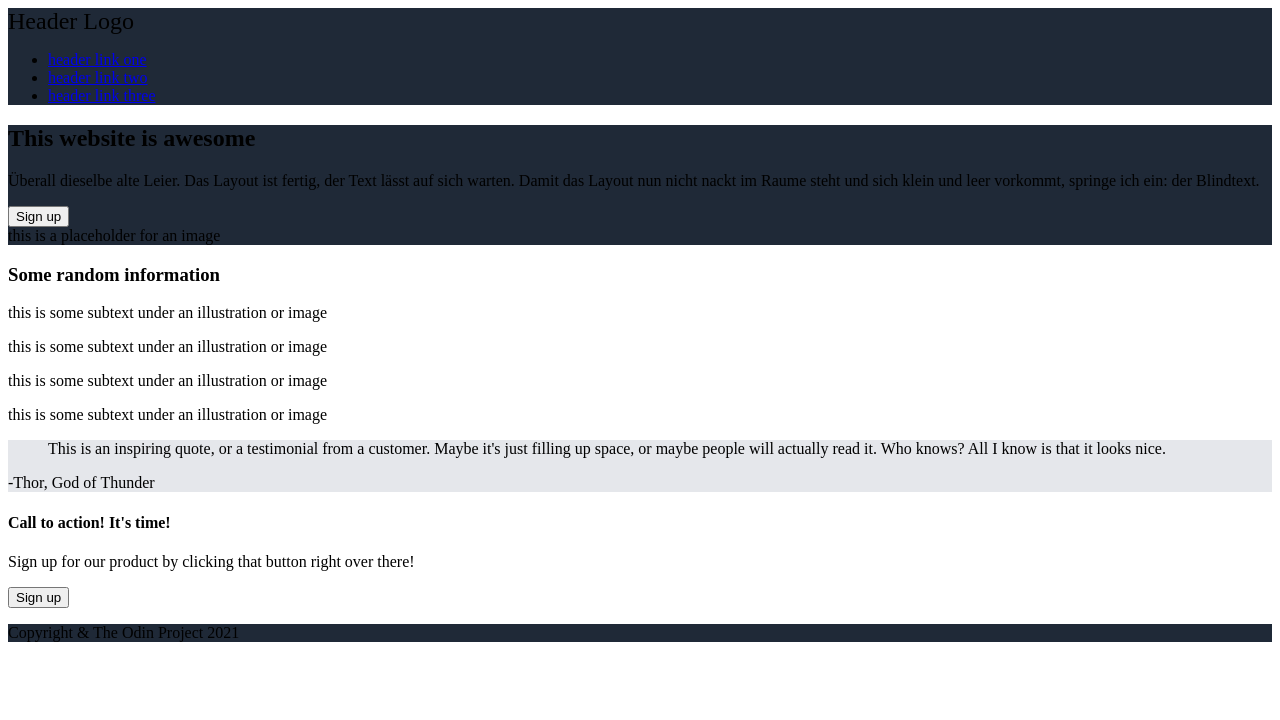
Repository: evemcd/odin_project
Page: odin-project2-landing-page/index.html
The author's editor kept a copy of each file at every save. The page is drawn from the files as they stood at one save, then again after the next save.
The browser window is 1280 px wide. The pictures show the whole page.

Above is the page before, as saved 2022-02-08 09:05:56.

### odin-project2-landing-page/index.html
<!DOCTYPE html>
<html lang="en">
<head>
    <meta charset="UTF-8">
    <title>Odin Project 2 Landing Page</title>
    <link rel="stylesheet" href="style.css">
</head>
<body>
    <header>
        <span>Header Logo</span>
        <ul>
            <li><a href="#">header link one</a></li>
            <li><a href="#">header link two</a></li>
            <li><a href="#">header link three</a></li>
        </ul>
    </header>

    <div class="container1">
        <div>
            <h2>This website is awesome</h2>
            <p>Überall dieselbe alte Leier. Das Layout ist fertig, der Text lässt auf sich warten. Damit das Layout nun nicht nackt im Raume steht und sich klein und leer vorkommt, springe ich ein: der Blindtext.</p>
            <button>Sign up</button>
        </div>
        <div>
            <span>this is a placeholder for an image</span>
        </div>
    </div>

    <div class="container2">
        <h3>Some random information</h3>
        <div>
            <div>
                <div class="box"></div>
                <p>this is some subtext under an illustration or image</p>
            </div>
            <div>
                <div class="box"></div>
                <p>this is some subtext under an illustration or image</p>
            </div>
            <div>
                <div class="box"></div>
                <p>this is some subtext under an illustration or image</p>
            </div>
            <div>
                <div class="box"></div>
                <p>this is some subtext under an illustration or image</p>
            </div>
        </div>
    </div>

    <div class="container3">
        <blockquote>This is an inspiring quote, or a testimonial from a customer. Maybe it's just filling up space, or maybe people will actually read it. Who knows? All I know is that it looks nice.</blockquote>
        <span>-Thor, God of Thunder</span>
    </div>

    <div class="container4">
        <div>
            <div>
            <h4>Call to action! It's time!</h4>
            <p>Sign up for our product by clicking that button right over there!</p>
        </div>
        <button>Sign up</button>
        </div>
    </div>

    <footer>
        <p>Copyright &amp; The Odin Project 2021</p>
    </footer>
</body>
</html>

### odin-project2-landing-page/style.css
body {
    font-family: roboto, ;
}

header,
.container1,
footer {
    background-color: #1F2937;
}

.container2,
.container4 {
    background-color: white;
}

.container3 {
    background-color: #E5E7EB;
}

header>span {
    font-size: 24px;
}

After the next save:
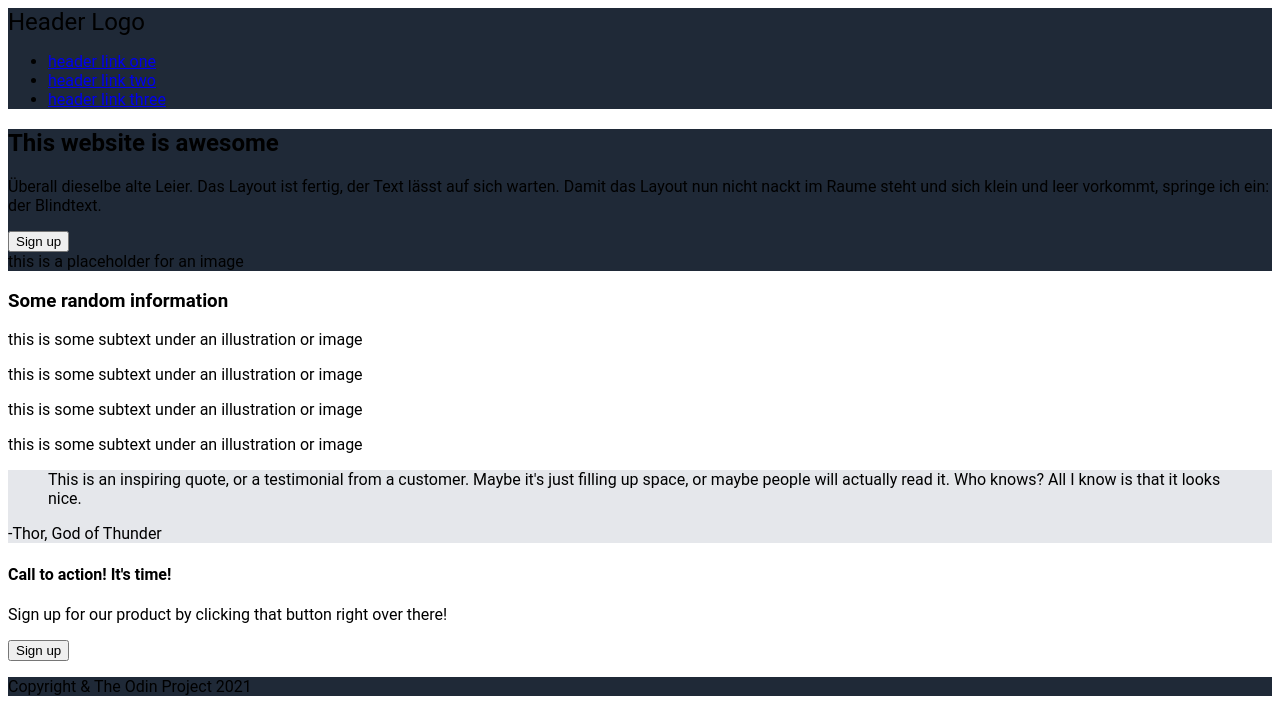
Saved 10 s later.
--- a/odin-project2-landing-page/style.css
+++ b/odin-project2-landing-page/style.css
@@ -1,5 +1,5 @@
 body {
-    font-family: roboto, ;
+    font-family: roboto, sans-serif;
 }
 
 header,
